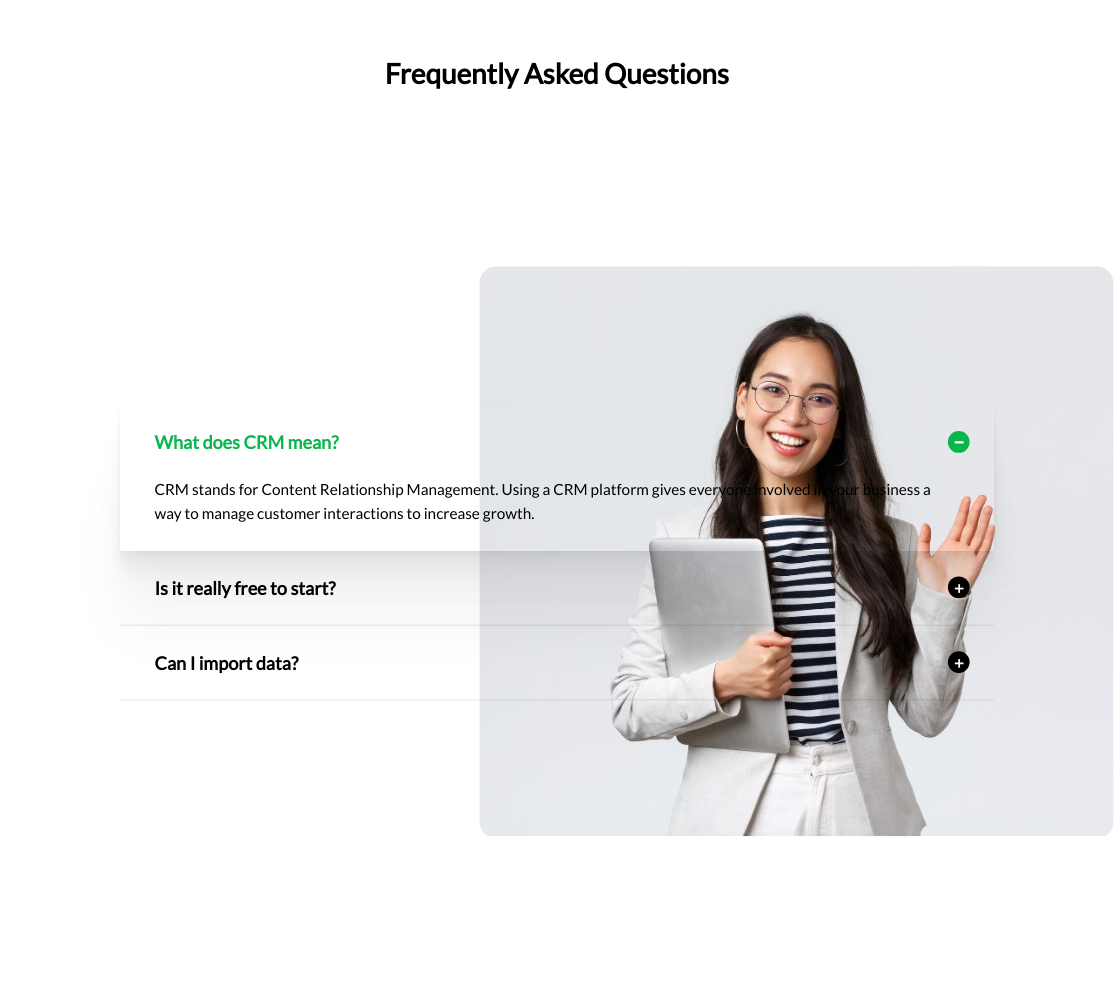
Repository: emiliaiwu/faq_component
Page: index.html
An editor plug-in stored every save of this project. The page is shown before and after a run of saves, followed by the edit.
The browser window is 1280 px wide. The pictures show the whole page, at 87% of full size.
Some icons come from a web library that is not loaded, so they are not drawn. Some web libraries are served in a nearby version.

Above is the page before, as saved 2022-12-13 21:04:49.

### index.html
<!DOCTYPE html>
<html lang="en">
<head>
    <meta charset="UTF-8">
    <meta http-equiv="X-UA-Compatible" content="IE=edge">
    <meta name="viewport" content="width=device-width, initial-scale=1.0">
    <link rel="stylesheet" href="style.css">
    <script src="https://kit.fontawesome.com/fd9c36575f.js" crossorigin="anonymous"></script>
    <title>FAQ Component</title>
</head>
<body>
        <h2>Frequently Asked Questions</h2>
        <article class="faq_component">
            <div class="faq_container">
                <div class="faq_content active">
                    <div class="faq_header">
                        <h3>What does CRM mean?</h3>

                        <div class="toggle-parent">
                             <div class="toggle">
                                <i class="fa-solid fa-circle-minus"></i>
                            </div>
                        </div>
                    </div>
                    <div class="content_wrap">
                        <p class="content hidden">
                            CRM stands for Content Relationship Management. Using a CRM platform gives everyone involved in your business a way to manage customer interactions to increase growth.
                        </p>
                    </div>
                </div>

                <div class="faq_content">
                    <div class="faq_header">
                        <h3>Is it really free to start?</h3>
                        <div class="toggle-parent">
                             <div class="toggle">
                                <i class="fa-solid fa-circle-minus"></i>
                            </div>
                        </div>
                    </div>
                    <div class="content_wrap">
                        <p class="content">
                            Yes! You can opt to stay within the free tier for as long as you want to. It’s a great way to get a feel for the platform before deciding to upgrade to take advantage of the more advanced features.
                        </p>
                    </div>
                </div>

                <div class="faq_content">
                    <div class="faq_header">
                        <h3>Can I import data?</h3>
                        <div class="toggle-parent">
                             <div class="toggle">
                                <i class="fa-solid fa-circle-minus"></i>
                            </div>
                        </div>
                    </div>
                    <div class="content_wrap">
                         <p class="content">
                            Yes! Getting your existing data in is easy. Simply export your existing customers to a .csv file and import them within a couple of clicks.
                        </p>
                    </div>
                </div>
            </div>
            <div class="faq_image">
                <img src="img/meeting.jpg" alt="">
            </div>
        </article>
 <script src="script.js"></script>
</body>
</html>

### style.css
@import url('https://fonts.googleapis.com/css2?family=Lato:wght@300;400&display=swap');

* {
    margin: 0;
    padding: 0;
    box-sizing: border-box;
}

body {
    font-family: 'Lato', sans-serif;
    max-width: 100vw;
    min-height: 100vh;
    flex-direction: column;

}

body,
.faq_component,
.faq_container {
    display: flex;
    align-items: center;
    justify-content: center;

}


/* TYPOGRAPHY */
h2 {
    margin: 4rem 0rem 2rem;
    text-align: center;
    font-size: 2rem;
    font-family: inherit;

}

h3 {
    font-size: 1.3rem;
    font-family: inherit;
}

p {
    font-size: 1.1rem;
    font-family: inherit;
    height: 100%;
    line-height: 1.5;
}


/* TOGGLE */

.fa-solid {
    font-size: 1.5rem;
}

/* MAIN BODY */
.faq_component {
    width: 100%;
    padding: 4rem 7vw;
    gap: 1rem;
    height: 1000px;
    position: relative;
}

.faq_image {
    right: 0;
    border-radius: 20px;
    overflow: hidden;
    position: absolute;


}

img {
    width: 100%;
    height: auto;

}

.faq_container {
    width: 100%;
    padding: 0 3rem;
    flex-direction: column;
    z-index: 1000;
}

.faq_header {
    display: flex;
    align-items: center;
    justify-content: space-between;
    padding: 30px 0px 30px 0;
    gap: 2rem;
    position: relative;
}

.faq_content {
    padding: 0 40px;
    border-bottom: 1px solid rgba(0, 0, 0, 0.146);
    cursor: pointer;
    overflow: hidden;
}

.content_wrap {
    padding: 0 0 0px;
    visibility: hidden;
    max-height: 0px;
    transition: all .5s ease;


}

.toggle-parent {
    position: relative;
}

 .toggle {
    position: absolute;
    width: 25px;
    height: 25px;
    border-radius: 25px;
    background-color: black;
    top: 50%;
    left: 50%;
    transform: translate(-50%, -50%);
}


.faq_content .fa-circle-minus::before {
    content: '';
    position: absolute;
    background-color: rgb(255, 255, 255);
    width: 10px;
    height: 2px;
    margin-left: auto;
    margin-right: auto;
    top: 50%;
    left: 0;
    right: 0;
    transition: transform .45s cubic-bezier(.3,.4,.2,1),
        background-color .15s ease;
}

.faq_content .fa-circle-minus::after {
    content: '';
    position: absolute;
    transform: rotate(90deg);
    background-color: rgb(255, 255, 255);
    width: 10px;
    height: 2px;
    margin-left: auto;
    margin-right: auto;
    top: 50%;
    left: 0;
    right: 0;
    transition: transform .45s cubic-bezier(.3,.4,.2,1),
        background-color .15s ease;
}




/* ACTIVE CLASSES */

.faq_content.active {
    border: none;
    box-shadow: 0 90px 70px 0 rgb(0 0 0 / 4%),
        0 40px 35px 0 rgb(0 0 0 / 3%),
        0 25px 15px 0 rgb(0 0 0 / 3%),
        0 11px 7px 0 rgb(0 0 0 / 3%),
        0 2px 5px 0 rgb(0 0 0 / 3%);
}

.faq_content.active .faq_header {
    color:rgb(8, 183, 75);
    transition: color .15s ease;
}

.faq_content.active .fa-circle-plus {
    transform: rotate(45deg);
    transition: transform .45s cubic-bezier(.3,.4,.2,1);
}

.faq_content.active .toggle {
    background-color: rgb(8, 183, 75);
    transition: color .15s ease;
}


.faq_content.active .fa-circle-minus::after {
    background-color: #fff;
    transform: rotate(180deg);
    transition: transform .45s cubic-bezier(.3,.4,.2,1);
}


.faq_content.active .content_wrap {
    padding: 0 0 30px;
    visibility: visible;
    max-height: 150px;

}



@media only screen and (max-width: 1000px) {
    .faq_component {
        flex-direction: column;
        gap: 3rem;
        padding: 4rem 7vw;
    }

    h2 {
        margin-top: 3rem;
    }

    .faq_container {
        padding: 0;
    }

    .faq_content.active .content_wrap {
        max-height: 300px;
        padding: 0 0 30px;
    }
}

### script.js
'use strict';
const faqContent = document.querySelectorAll('.faq_content');


faqContent.forEach((faq) => {
    faq.addEventListener('click', function () {
        faq.classList.toggle('active');

    });
})

After the next 6 saves:
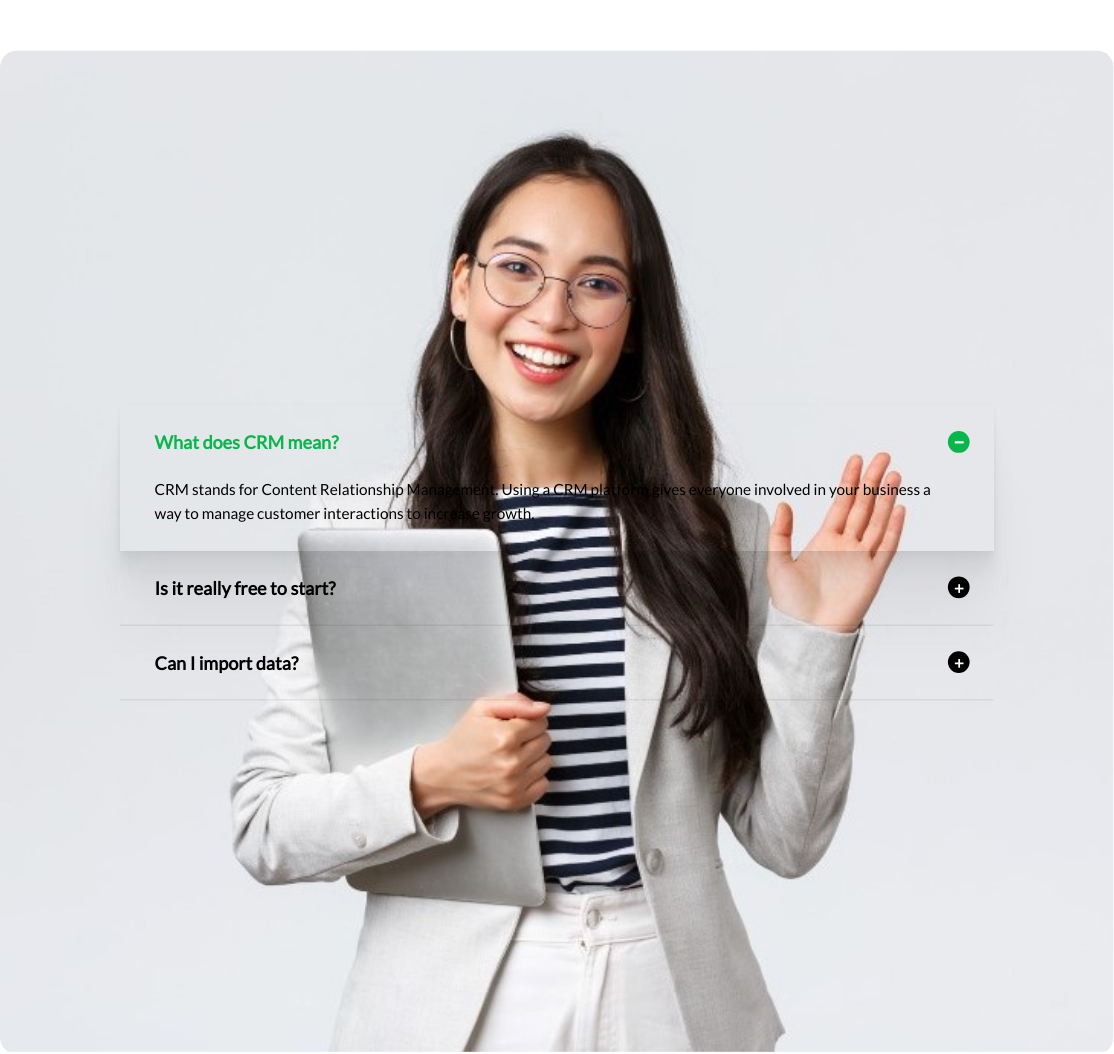
The 6 saves are shown as one change because they came seconds apart.
The last was saved 45 s later.
--- a/style.css
+++ b/style.css
@@ -58,11 +58,10 @@ p {
     padding: 4rem 7vw;
     gap: 1rem;
     height: 1000px;
-    position: relative;
 }
 
 .faq_image {
-    right: 0;
+    width: 100%;
     border-radius: 20px;
     overflow: hidden;
     position: absolute;
